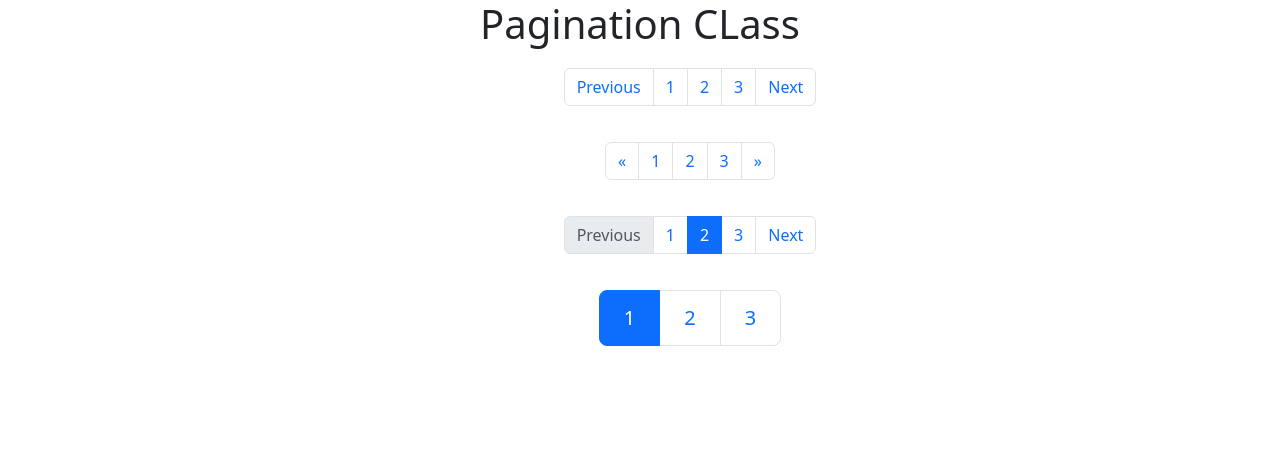
Repository: arunyerram/Web-TEChnologies
Page: Pagination.html
The author's editor kept a copy of each file at every save. The page is drawn from the files as they stood at one save, then again after the next save.
The browser window is 1280 px wide. The pictures show the whole page.

Above is the page before, as saved 2025-02-28 11:54:12.

After the next save:
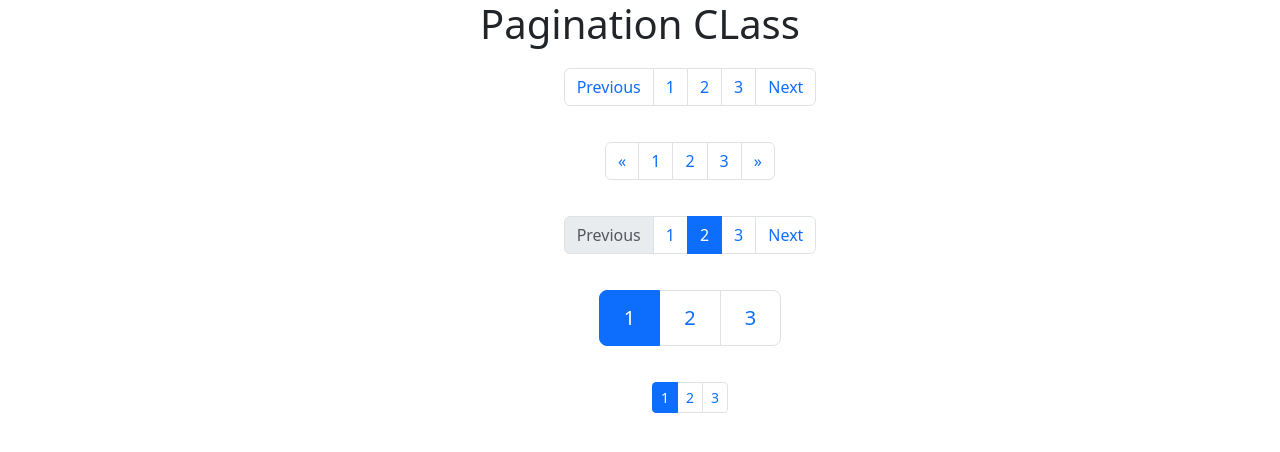
Saved 45 s later.
--- a/Pagination.html
+++ b/Pagination.html
@@ -79,7 +79,15 @@
     </div>
 
     <div class="app">
-
+        <nav aria-label="...">
+            <ul class="pagination pagination-sm">
+              <li class="page-item active" aria-current="page">
+                <span class="page-link">1</span>
+              </li>
+              <li class="page-item"><a class="page-link" href="#">2</a></li>
+              <li class="page-item"><a class="page-link" href="#">3</a></li>
+            </ul>
+          </nav>
     </div>
 </body>
 </html>
